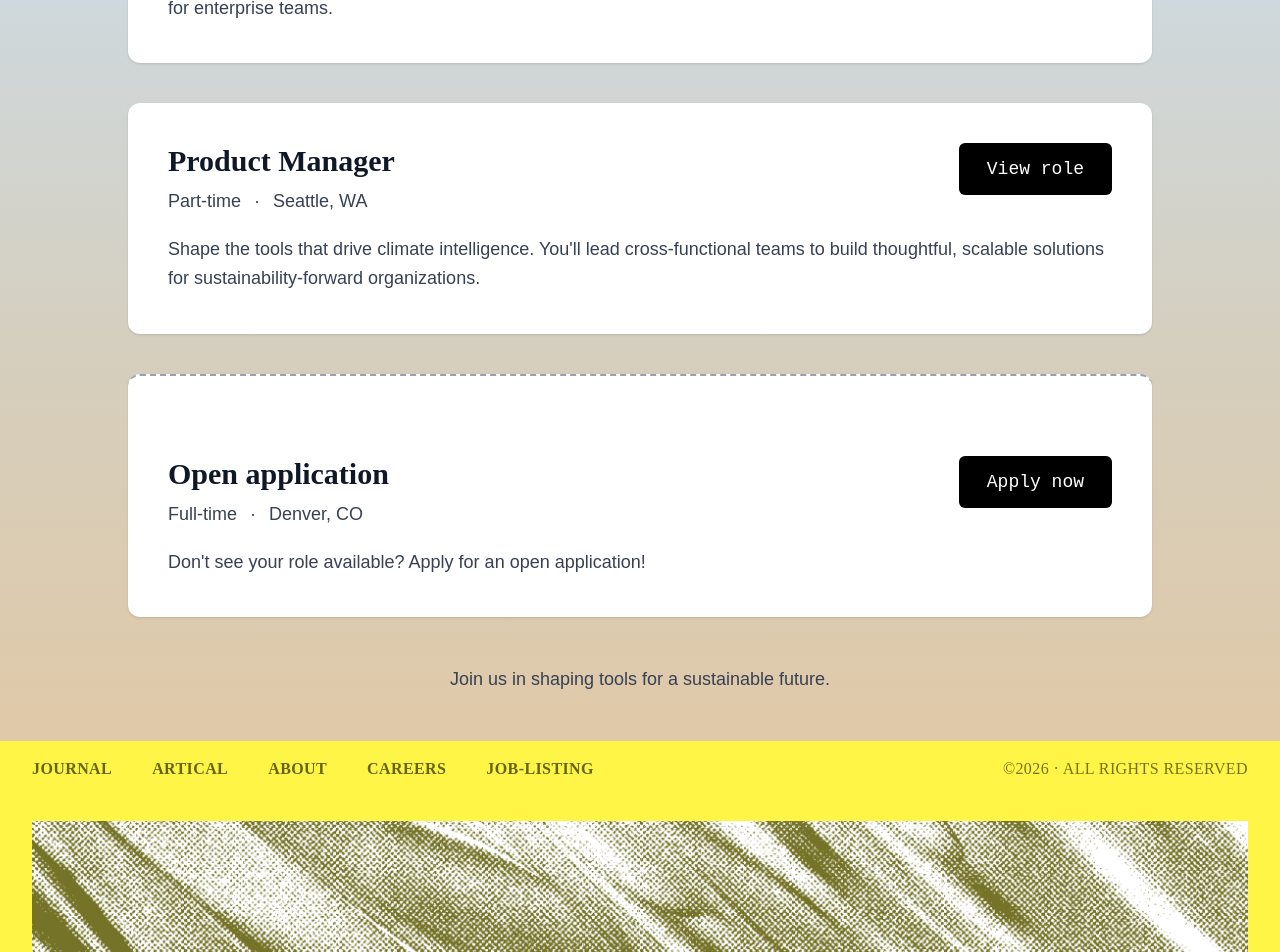
Repository: neelpatel6262/Aetherfield-SaaS
Page: /careers
The author's editor kept a copy of each file at every save. The page is drawn from the files as they stood at one save, then again after the next save.
The browser window is 1280 px wide. The pictures show the part of the page from y = 757 to 1709 px (the page is 2212 px tall).
Some web fonts or font styles are not loaded; a fallback is used. The project was rebuilt for these pictures with package versions that can differ from the ones it lists, and the page was loaded fresh each time. Also part of the build but not shown: vite.config.js, src/components/sections/Features.jsx, src/components/sections/CaseStudy.jsx, src/data/article.js, src/components/sections/JournalPreview.jsx, src/components/sections/Testimonial.jsx, src/components/sections/CTABanner.jsx, src/components/sections/Hero.jsx and 5 more.

Above is the page before, as saved 2026-03-01 14:21:09.

After the next save:
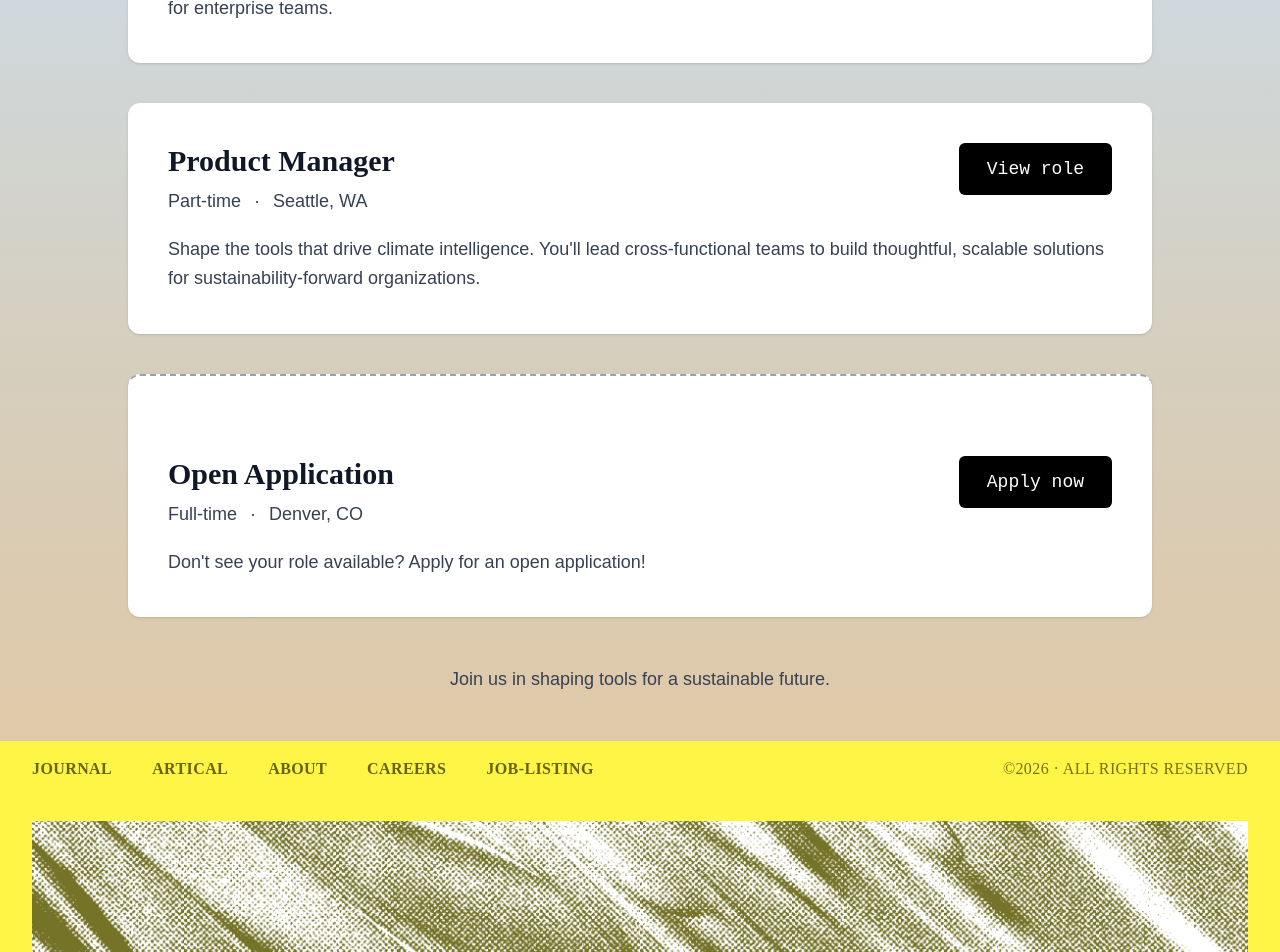
Saved 2 min 15 s later.
--- a/src/data/jobs.js
+++ b/src/data/jobs.js
@@ -1,35 +1,39 @@
-// src/data/jobs.js
 export const jobs = [
   {
-    title: "UX Designer",
-    type: "Contract",
-    location: "San Francisco, CA",
-    description:
-      "Shape the tools that drive climate intelligence. You'll lead cross-functional teams to build thoughtful, scalable solutions for sustainability-forward organizations.",
-    buttonText: "View role",
+    id: 'ux-designer',           // ✅ ADD id — becomes /careers/ux-designer
+    title: 'UX Designer',
+    type: 'Contract',
+    location: 'San Francisco, CA',
+    team: 'Design',
+    description: "Shape the tools that drive climate intelligence. You'll lead cross-functional teams to build thoughtful, scalable solutions for sustainability-forward organizations.",
+    buttonText: 'View role',
   },
   {
-    title: "Data Scientist",
-    type: "Full-time",
-    location: "Denver, CO",
-    description:
-      "Help build the intelligence layer for climate action. You'll turn complex sustainability data into clear, actionable insights for enterprise teams.",
-    buttonText: "View role",
+    id: 'data-scientist',        // ✅ becomes /careers/data-scientist
+    title: 'Data Scientist',
+    type: 'Full-time',
+    location: 'Denver, CO',
+    team: 'Engineering',
+    description: "Help build the intelligence layer for climate action. You'll turn complex sustainability data into clear, actionable insights for enterprise teams.",
+    buttonText: 'View role',
   },
   {
-    title: "Product Manager",
-    type: "Part-time",
-    location: "Seattle, WA",
-    description:
-      "Shape the tools that drive climate intelligence. You'll lead cross-functional teams to build thoughtful, scalable solutions for sustainability-forward organizations.",
-    buttonText: "View role",
+    id: 'product-manager',       // ✅ becomes /careers/product-manager
+    title: 'Product Manager',
+    type: 'Part-time',
+    location: 'Seattle, WA',
+    team: 'Product',
+    description: "Shape the tools that drive climate intelligence. You'll lead cross-functional teams to build thoughtful, scalable solutions for sustainability-forward organizations.",
+    buttonText: 'View role',
   },
   {
-    title: "Open application",
-    type: "Full-time",
-    location: "Denver, CO",
+    id: 'open-application',      // ✅ becomes /careers/open-application
+    title: 'Open Application',
+    type: 'Full-time',
+    location: 'Denver, CO',
+    team: 'General',
     description: "Don't see your role available? Apply for an open application!",
-    buttonText: "Apply now",
+    buttonText: 'Apply now',
     isOpen: true,
   },
-];
+]
